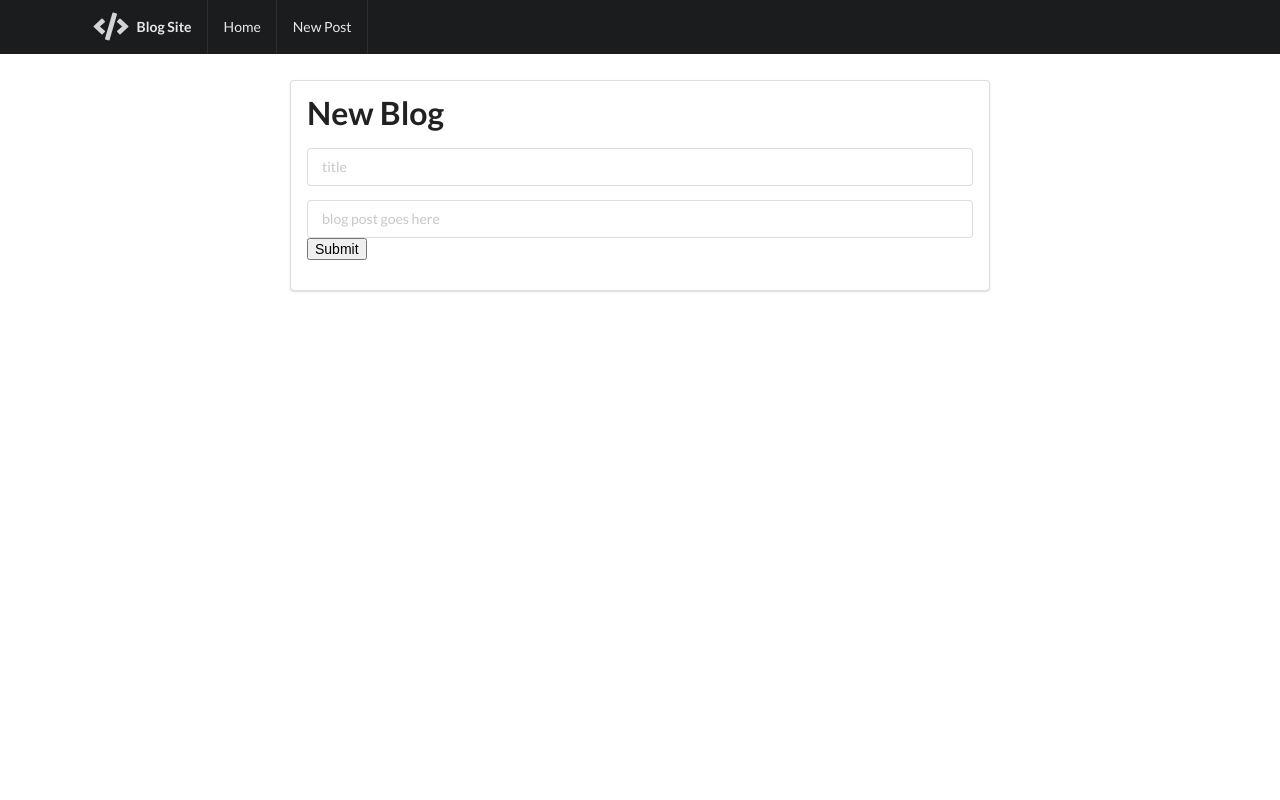
Repository: msuzuki23/AWS-Cloud9-YelpCamp
Page: http://localhost/blogs/new
The author's editor kept a record of every edit. The page is drawn from the files as they stood at one moment, then again after the next edit.
The browser window is 1280 px wide. The pictures show the whole page.
The page is served by the project's Node server (RestBlogs/app.js).

Above is the page before.

After the next edit:
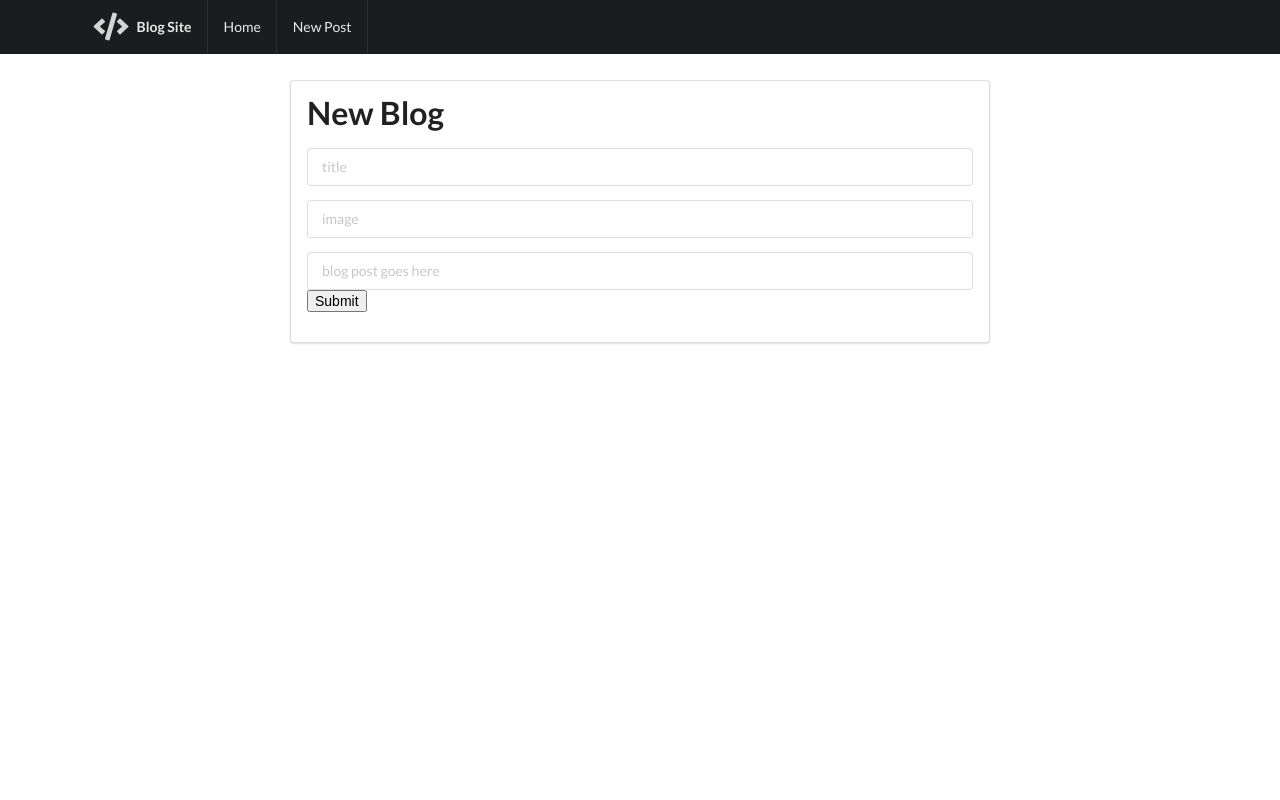
The edit:
--- a/RestBlogs/views/new.ejs
+++ b/RestBlogs/views/new.ejs
@@ -6,7 +6,7 @@
             <input type="text" name="blog[title]" placeholder="title">
         </div>
         <div class="field">
-
+            <input type="text" name="blog[image]" placeholder="image">
         </div>
 
 
